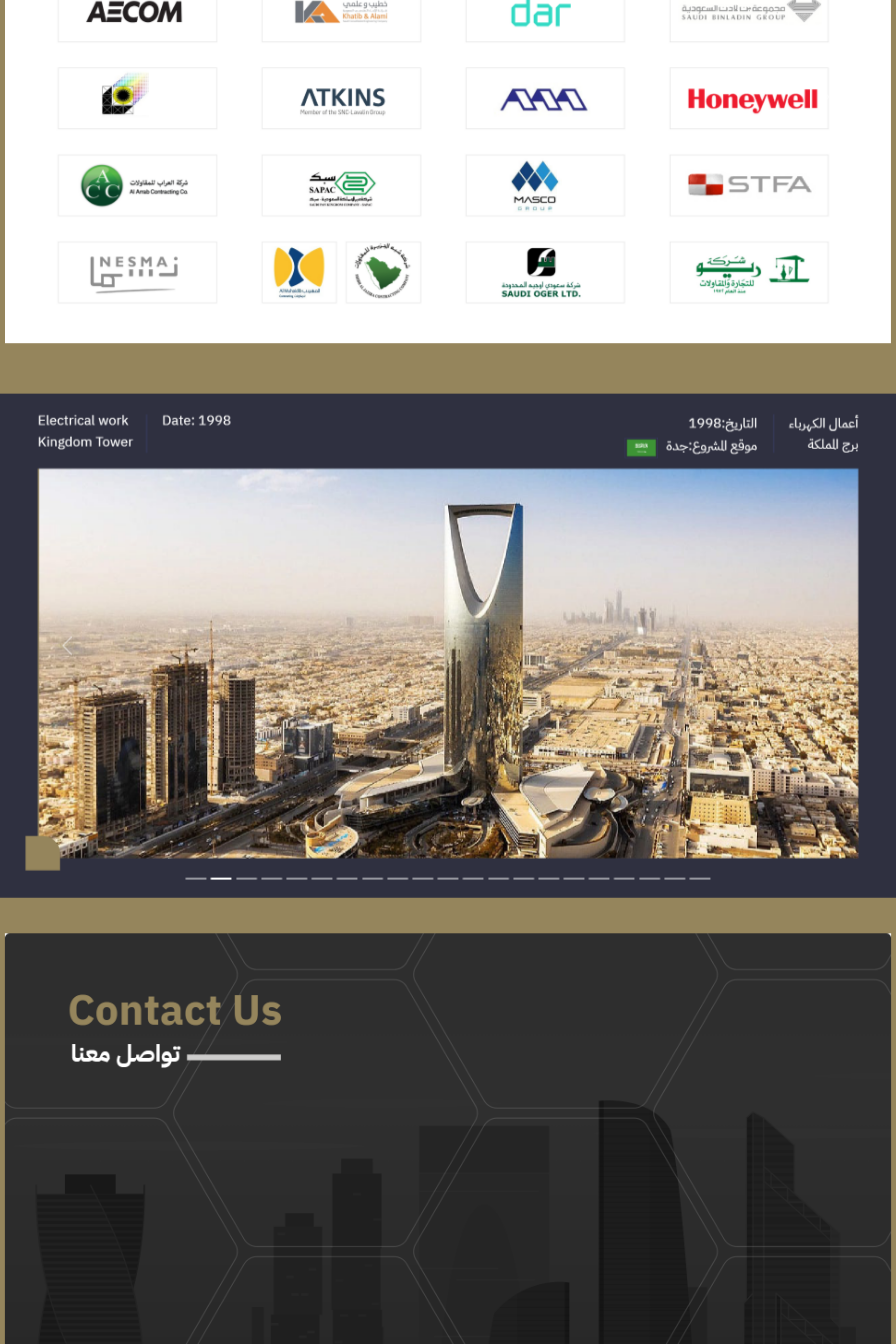
Repository: shahzaibrehman123/hasad-holding
Page: /
These files come from the project's save history. The page is drawn as it stood at one moment and after the next save; the edit follows.
The browser window is 1280 px wide. The pictures show the part of the page from y = 3385 to 5305 px (the page is 5431 px tall before and 5211 px after), at 70% of full size.
The project was rebuilt for these pictures with package versions that can differ from the ones it lists, and the page was loaded fresh each time.

Above is the page before, as saved 2023-11-07 18:32:44.

After the next save:
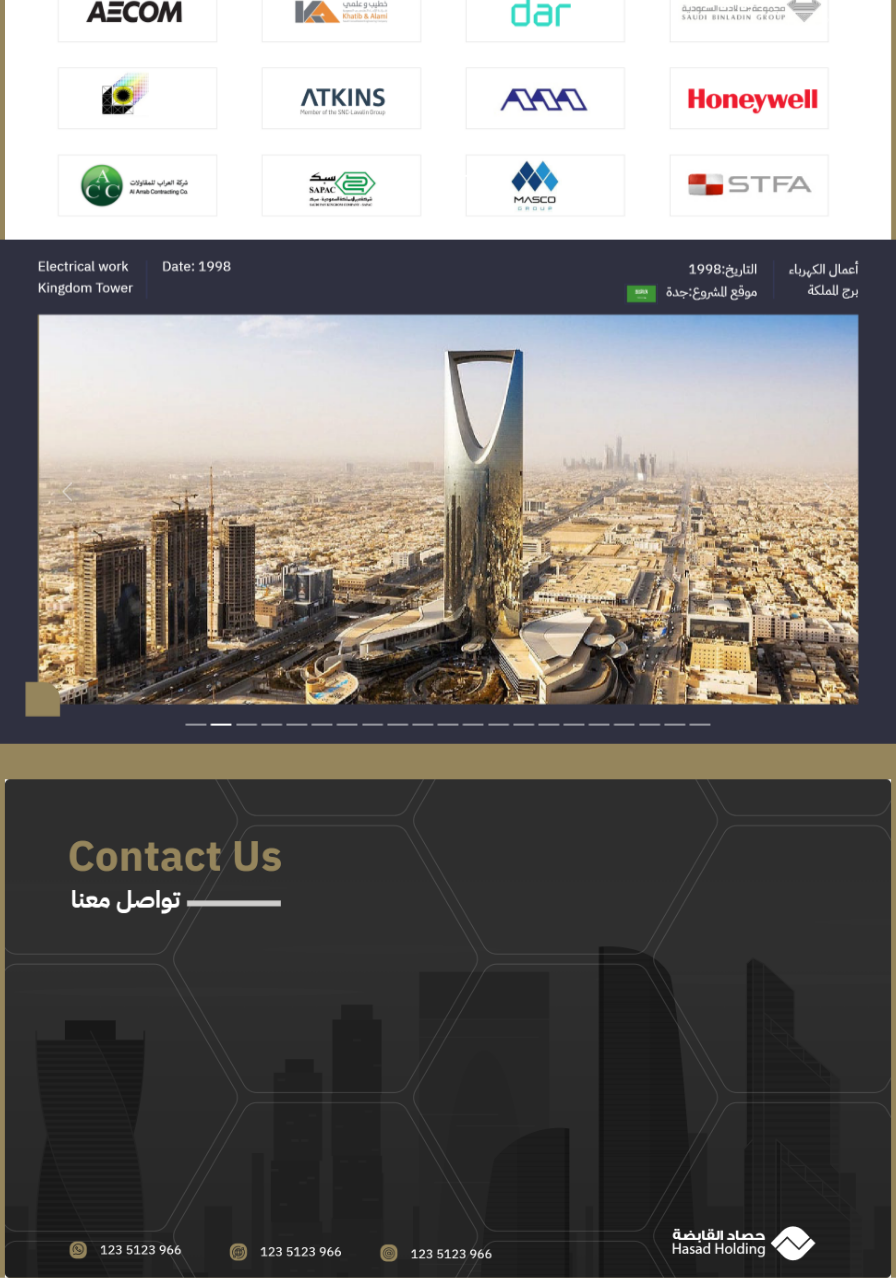
Saved 10 s later.
--- a/src/components/ClientAndPartners/style.css
+++ b/src/components/ClientAndPartners/style.css
@@ -1,6 +1,6 @@
 .cp-container{
     margin:0px 7px 5% 7px;
-    height: 100%;
+    height: 500px;
 }
 .img-responsive {
     width: 100%;
